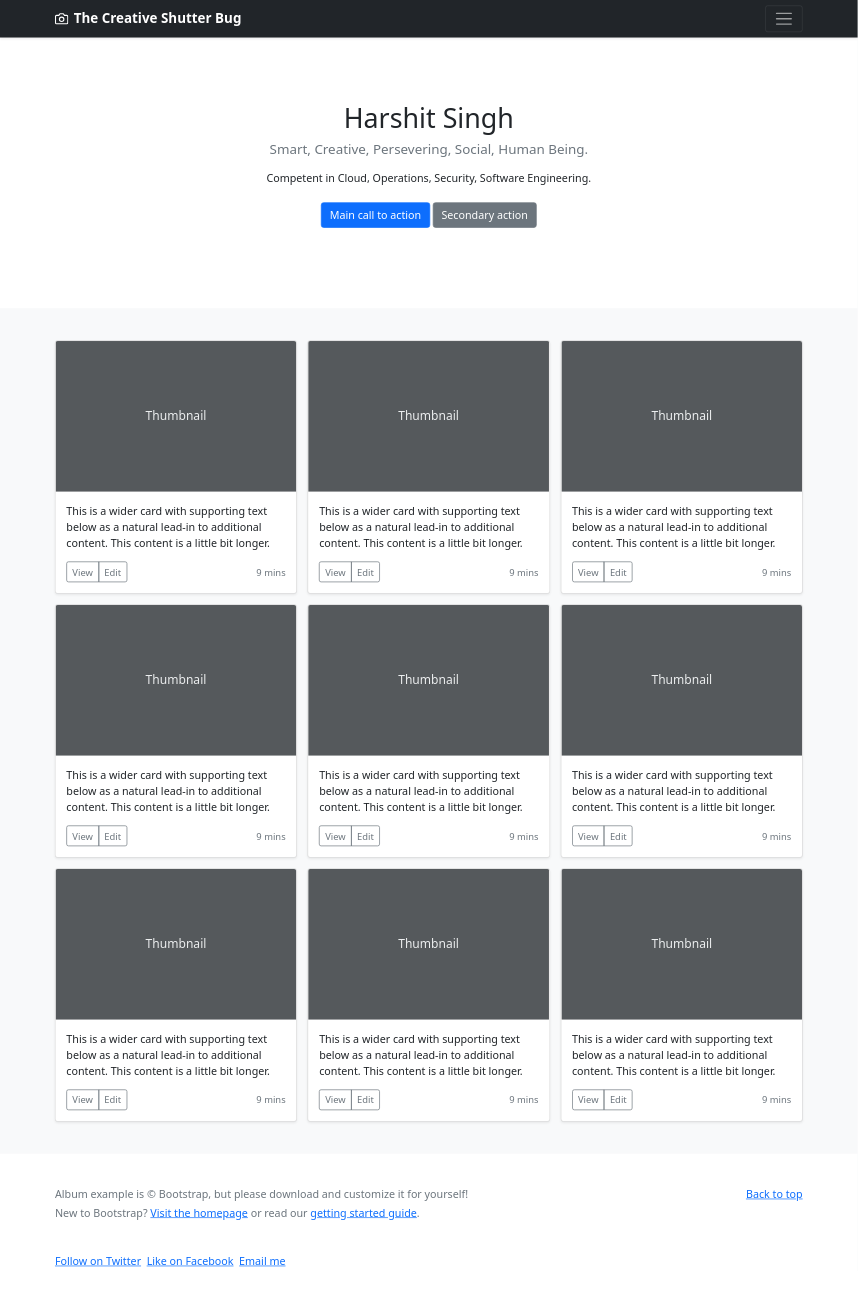
Repository: harshi93/pythonProjects
Page: http://localhost/jobs
An editor plug-in stored every save of this project. The page is shown before and after the next save, followed by the edit.
The browser window is 1280 px wide. The pictures show the whole page, at 67% of full size.
The page is served by the project's application, run on Django 3.2 (manage.py).

Above is the page before, as saved 2021-07-29 23:30:51.

After the next save:
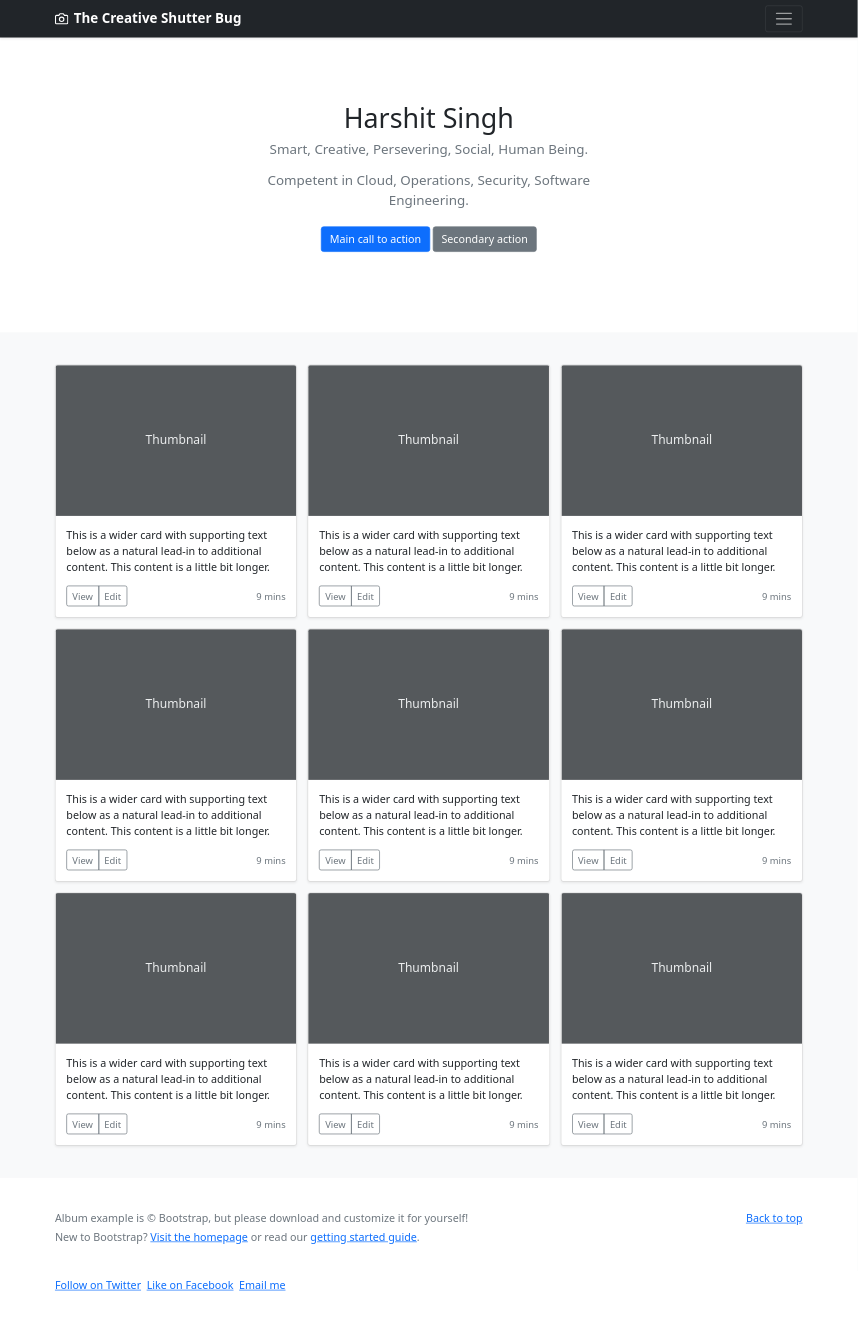
Saved 33 s later.
--- a/portfolio/jobs/templates/experience/exp.html
+++ b/portfolio/jobs/templates/experience/exp.html
@@ -76,7 +76,7 @@
       <div class="col-lg-6 col-md-8 mx-auto">
         <h1 class="fw-light">Harshit Singh</h1>
         <p class="lead text-muted">Smart, Creative, Persevering, Social, Human Being.</p>
-        <p>Competent in Cloud, Operations, Security, Software Engineering.</p>
+        <p class="lead text-muted"> Competent in Cloud, Operations, Security, Software Engineering.</p>
         <p>
           <a href="#" class="btn btn-primary my-2">Main call to action</a>
           <a href="#" class="btn btn-secondary my-2">Secondary action</a>
